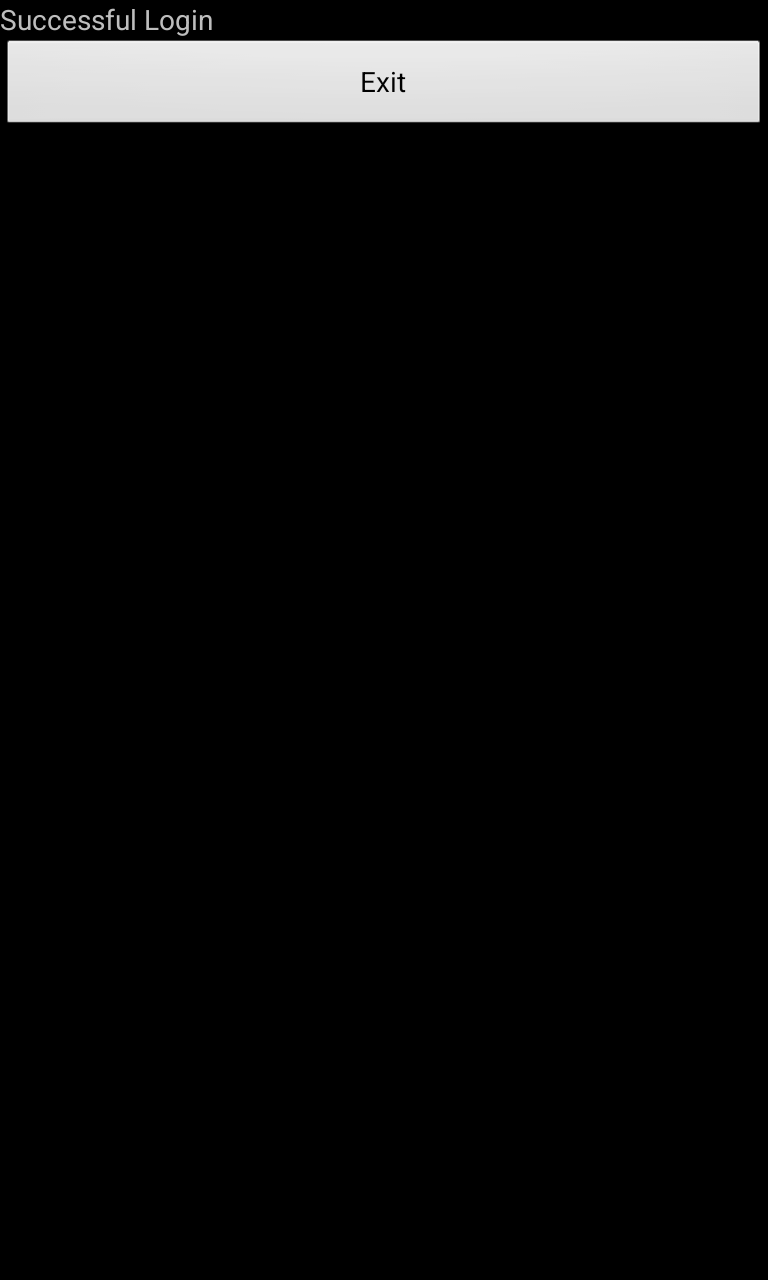
Repository: osotsi/LCNWAWifiLocator
Layout: login/res/layout/success.xml
The author's editor kept a copy of each file at every save. The layout is drawn from the files as they stood at one save, then again after the next save.
It is drawn on a 768 x 1280 px phone screen (xhdpi) without system bars, with theme android:Theme; the app's code is not run.

Above is the layout before, as saved 2014-05-01 01:30:48.

After the next save:
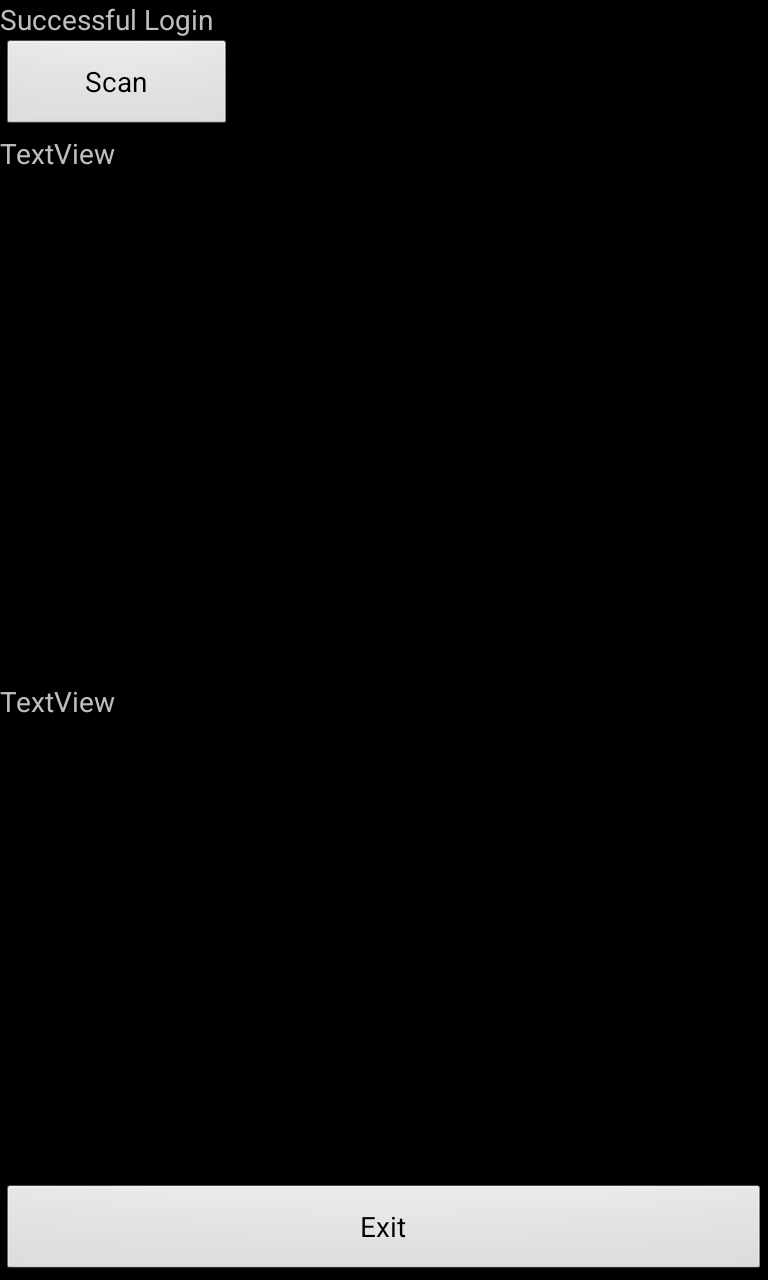
Saved 6 min 20 s later.
--- a/login/res/layout/success.xml
+++ b/login/res/layout/success.xml
@@ -8,10 +8,38 @@
         android:layout_width="fill_parent"
         android:layout_height="wrap_content"
         android:text="Successful Login" />
+
+    <Button
+        android:id="@+id/scan"
+        android:layout_width="117dp"
+        android:layout_height="wrap_content"
+        android:text="Scan" />
+
+    <LinearLayout
+        android:layout_width="match_parent"
+        android:layout_height="wrap_content"
+        android:layout_weight="0.22" >
+
+        <TextView
+            android:id="@+id/textView1"
+            android:layout_width="match_parent"
+            android:layout_height="wrap_content"
+            android:layout_weight="0.23"
+            android:text="TextView" />
+
+    </LinearLayout>
+
+    <TextView
+        android:id="@+id/TextView01"
+        android:layout_width="match_parent"
+        android:layout_height="wrap_content"
+        android:layout_weight="0.20"
+        android:text="TextView" />
+
     <Button
         android:id="@+id/exit"
         android:layout_width="fill_parent"
         android:layout_height="wrap_content"
-        android:text="Exit"/>
+        android:text="Exit" />
 
 </LinearLayout>
